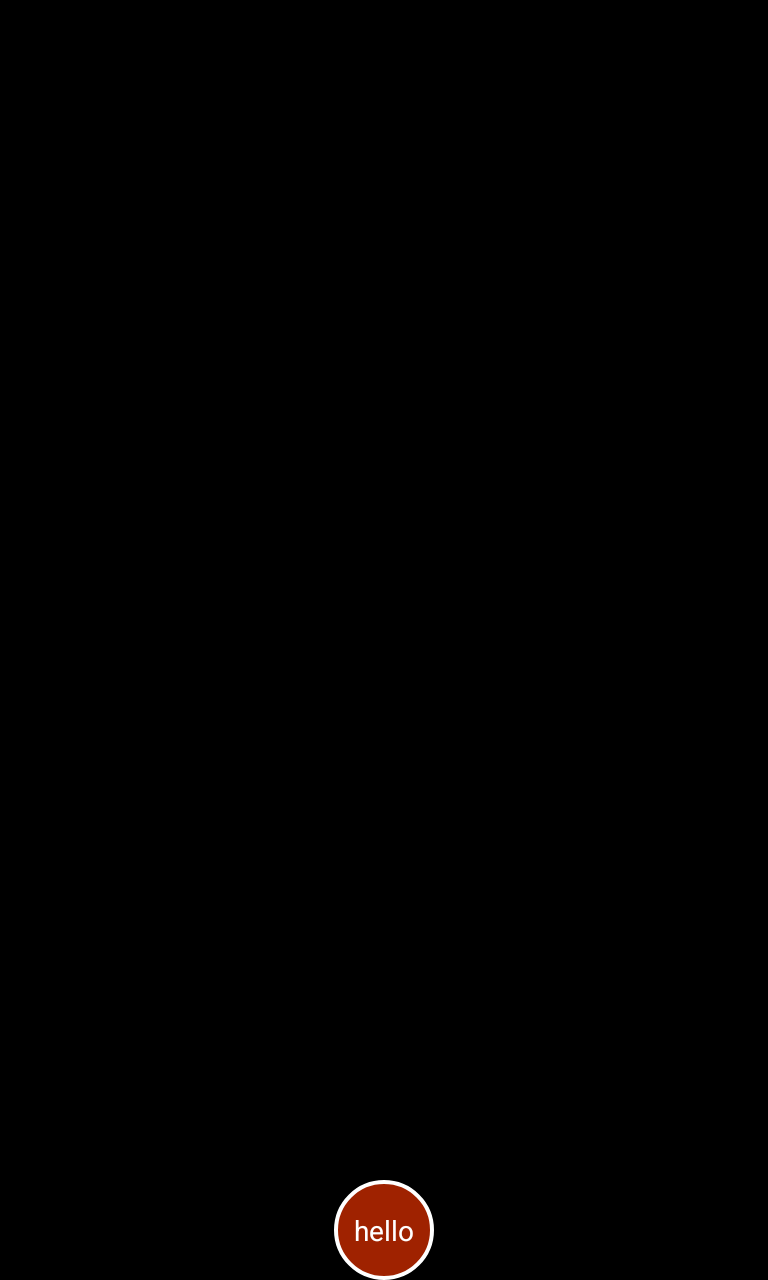
Repository: jellydiamonds/Proto
Layout: Android/CameraSafePreview/res/layout/control.xml
These files come from the project's save history. The layout is drawn as it stood at one moment and after the next save; the edit follows.
It is drawn on a 768 x 1280 px phone screen (xhdpi) without system bars, with theme android:Theme.Black.NoTitleBar.Fullscreen; the app's code is not run.

Above is the layout before, as saved 2014-04-02 14:43:31.

After the next save:
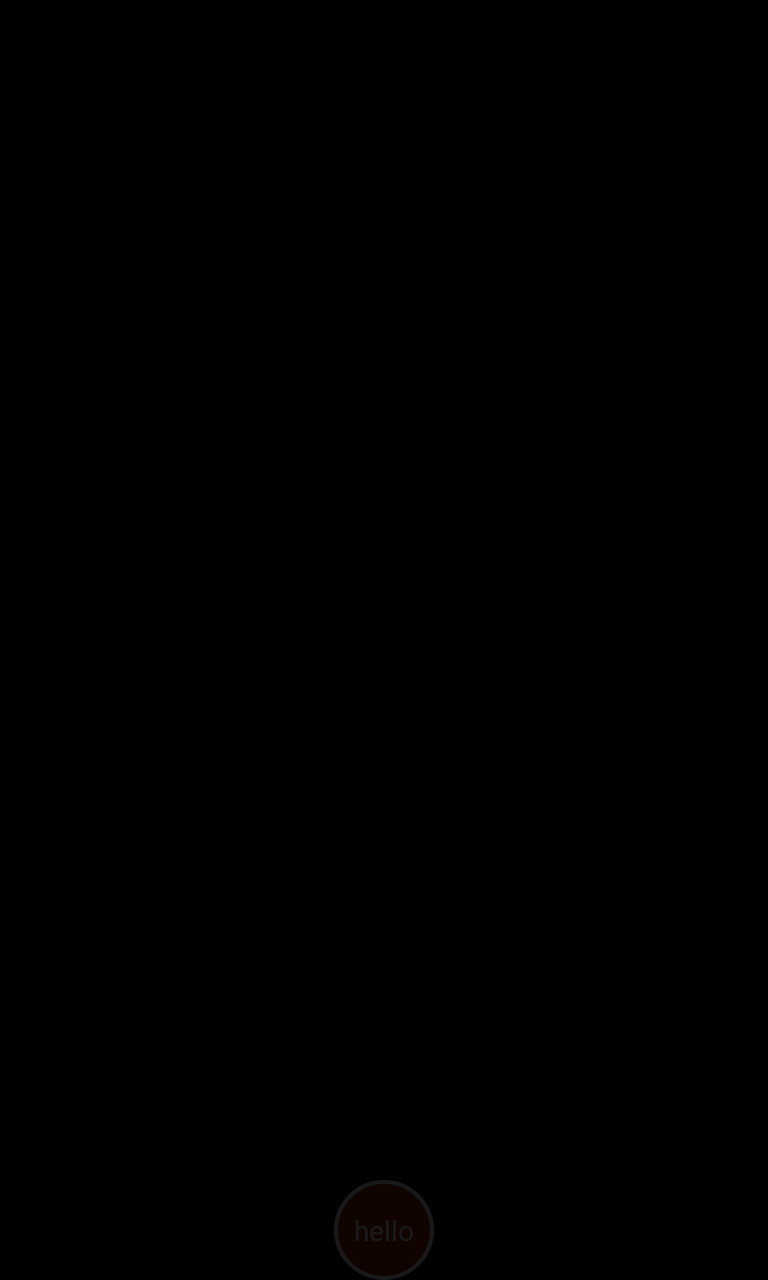
Saved 8 s later.
--- a/Android/CameraSafePreview/res/layout/control.xml
+++ b/Android/CameraSafePreview/res/layout/control.xml
@@ -20,7 +20,7 @@
 				android:background="@drawable/round_button"
 				android:layout_alignParentBottom="true"
 			    android:layout_centerHorizontal="true"
-			    android:alpha="1"
+			    android:alpha="0.1"
 				android:text="hello"
 				android:textColor="#fff" />
 
